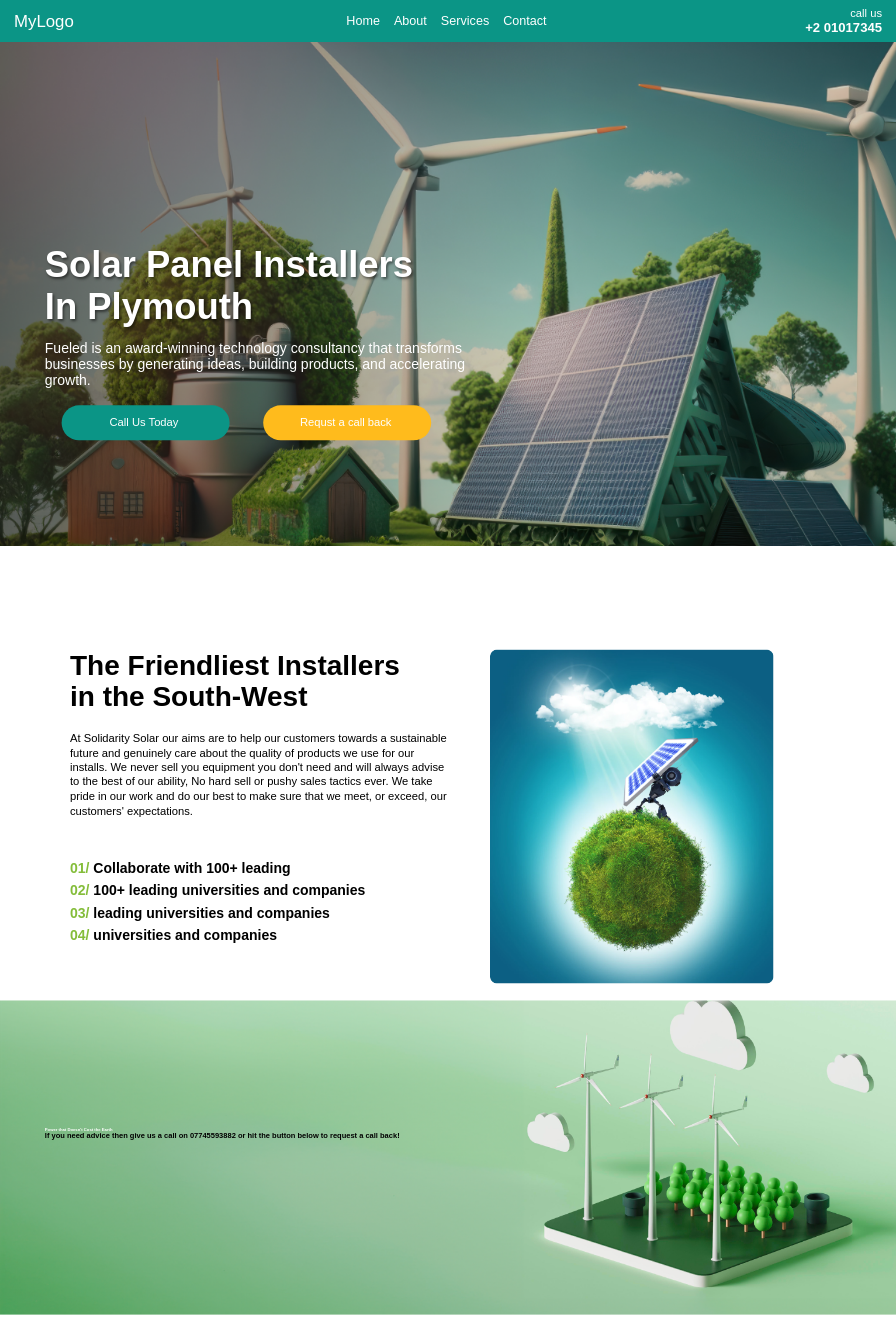
Repository: MaramNabil872/Landing-Page
Page: landingPage.html
An editor plug-in stored every save of this project. The page is shown before and after the next save, followed by the edit.
The browser window is 1280 px wide. The pictures show the whole page, at 70% of full size.

Above is the page before, as saved 2024-10-20 21:40:39.

After the next save:
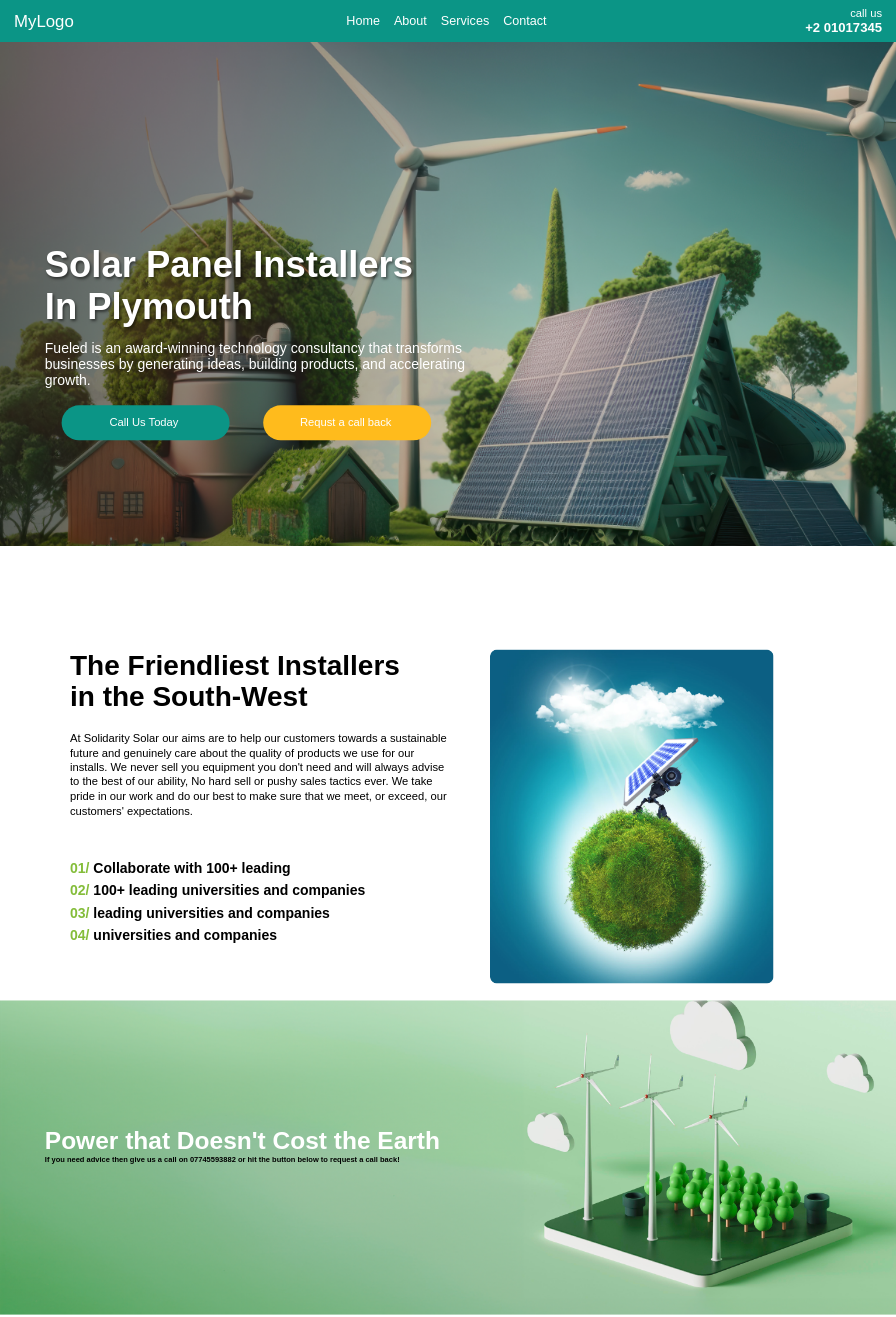
Saved 6 s later.
--- a/landingPage.css
+++ b/landingPage.css
@@ -178,7 +178,7 @@ padding-left: 5%;}
     height: auto; }
 
 .section2-text {
-font-size: 35%;
+font-size: 35px;
     color: white;
 
 }
